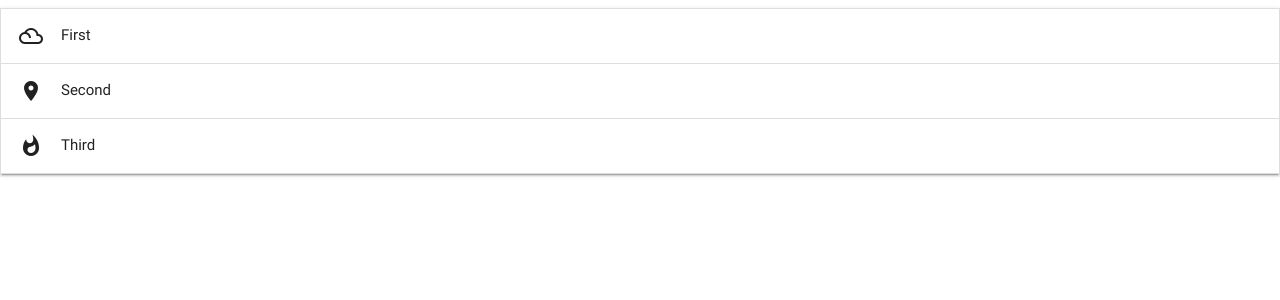
Repository: ananyasitlani/task-manager-project
Page: http://localhost/
The author's editor kept a record of every edit. The page is drawn from the files as they stood at one moment, then again after the next edit.
The browser window is 1280 px wide. The pictures show the whole page.
Some web libraries are served in a nearby version. The page is served by the project's application, run on Flask 3 (app.py). Queries for data that is not in the repository find no rows.

Above is the page before.

After the next edit:
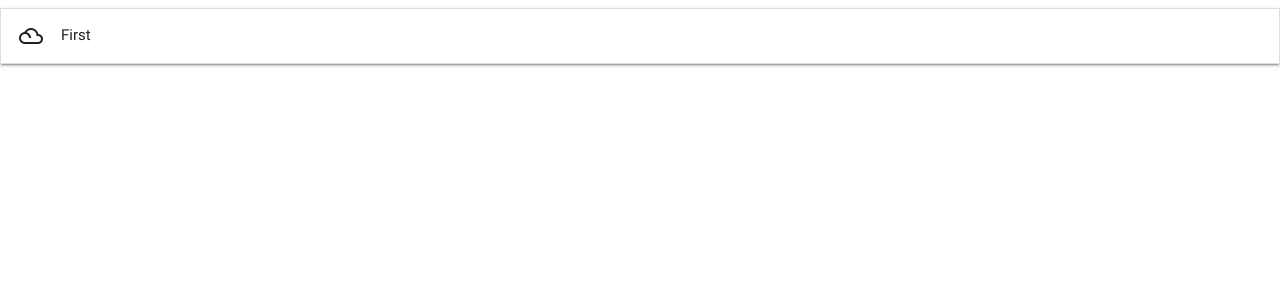
The edit:
--- a/templates/tasks.html
+++ b/templates/tasks.html
@@ -13,14 +13,6 @@
             <div class="collapsible-header"><i class="material-icons">filter_drama</i>First</div>
             <div class="collapsible-body"><span>Lorem ipsum dolor sit amet.</span></div>
         </li>
-        <li>
-            <div class="collapsible-header"><i class="material-icons">place</i>Second</div>
-            <div class="collapsible-body"><span>Lorem ipsum dolor sit amet.</span></div>
-        </li>
-        <li>
-            <div class="collapsible-header"><i class="material-icons">whatshot</i>Third</div>
-            <div class="collapsible-body"><span>Lorem ipsum dolor sit amet.</span></div>
-        </li>
     </ul>
 
 {% endblock %}
